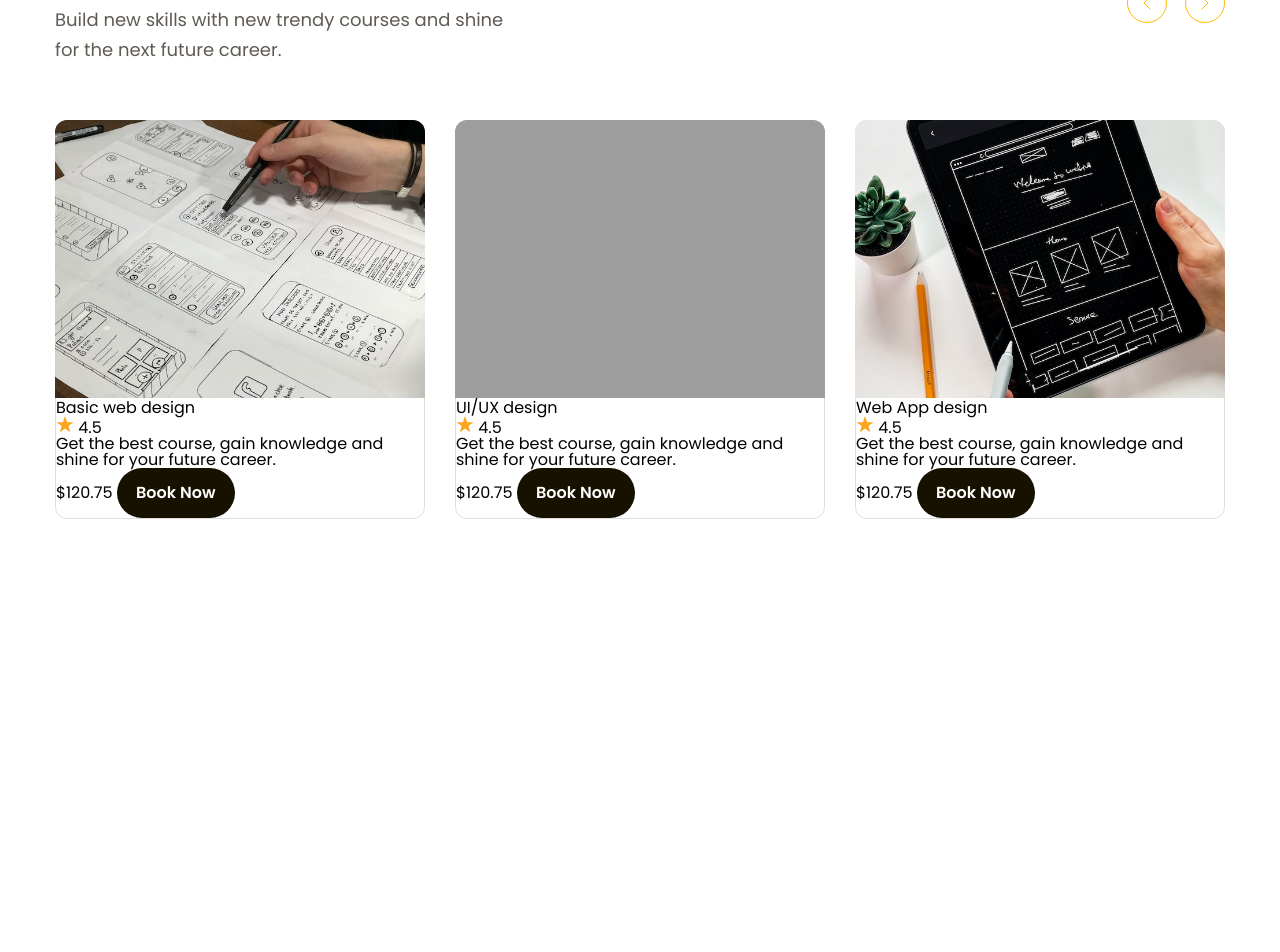
Repository: Tran-Dat/F8-Project-02
Page: index.html
An editor plug-in stored every save of this project. The page is shown before and after the next save, followed by the edit.
The browser window is 1280 px wide. The pictures show the part of the page from y = 1159 to 2111 px (the page is 3000 px tall).
Pictures or frames that could not be fetched are drawn as grey boxes. A picture or video elsewhere on the page could not be fetched, so the positions and the page height are approximate.

Above is the page before, as saved 2023-03-30 18:34:35.

### index.html
<!DOCTYPE html>
<html lang="en">
    <head>
        <meta charset="UTF-8" />
        <meta http-equiv="X-UA-Compatible" content="IE=edge" />
        <meta name="viewport" content="width=device-width, initial-scale=1.0" />
        <title>F8 Project 02</title>
        <!-- reset css -->
        <link rel="stylesheet" href="assets/css/reset.css" />

        <!-- Font gg -->
        <link rel="preconnect" href="https://fonts.googleapis.com" />
        <link rel="preconnect" href="https://fonts.gstatic.com" crossorigin />
        <link
            href="https://fonts.googleapis.com/css2?family=Poppins:ital,wght@0,400;0,500;0,600;0,700;1,400&family=Sen:wght@700&display=swap"
            rel="stylesheet"
        />

        <!-- styles css -->
        <link rel="stylesheet" href="assets/css/styles.css" />
    </head>
    <body>
        <main style="height: 3000px">
            <!-- Header -->
            <header class="header fixed">
                <div class="main-content">
                    <div class="body">
                        <!-- Logo -->
                        <img
                            src="./assets/img/Logo-Lesson.svg"
                            alt="Lesseon"
                            class="logo"
                        />

                        <!-- Nav -->
                        <nav class="nav">
                            <ul>
                                <li class="active">
                                    <a href="#!">Home</a>
                                </li>
                                <li>
                                    <a href="#!">Courses</a>
                                </li>
                                <li>
                                    <a href="#!">Pricing</a>
                                </li>
                                <li>
                                    <a href="#!">Reviews</a>
                                </li>
                            </ul>
                        </nav>

                        <!-- ACtion -->
                        <div class="action">
                            <a href="#!" class="btn sign-up-btn">sign up</a>
                        </div>
                    </div>
                </div>
            </header>

            <!-- Hero -->
            <div class="hero">
                <div class="main-content">
                    <div class="body">
                        <!-- hero left -->
                        <div class="media-block">
                            <img
                                src="./assets/img/Hero-img.jpg"
                                alt="Learn without limits and spread knowledge."
                                class="img"
                            />

                            <div class="hero-summary">
                                <!-- Item 1 -->
                                <div class="item">
                                    <div class="icon">
                                        <img
                                            src="./assets/icon/list.svg"
                                            alt=""
                                        />
                                    </div>
                                    <div class="info">
                                        <p class="lable">20 Courses</p>
                                        <p class="title">UI/UX Design</p>
                                    </div>
                                </div>

                                <!-- Item 2 -->
                                <div class="item">
                                    <div class="icon">
                                        <img
                                            src="./assets/icon/code.svg"
                                            alt=""
                                        />
                                    </div>
                                    <div class="info">
                                        <p class="lable">20 Courses</p>
                                        <p class="title">Development</p>
                                    </div>
                                </div>

                                <!-- Item 3 -->
                                <div class="item">
                                    <div class="icon">
                                        <img
                                            src="./assets/icon/speaker.svg"
                                            alt=""
                                        />
                                    </div>
                                    <div class="info">
                                        <p class="lable">30 Courses</p>
                                        <p class="title">Marketing</p>
                                    </div>
                                </div>
                            </div>
                        </div>

                        <!-- hero right -->
                        <div class="content-block">
                            <h1 class="heading lv1">
                                Learn without limits and spread knowledge.
                            </h1>
                            <p class="desc">
                                Build new skills for that “this is my year”
                                feeling with courses, certificates, and degrees
                                from world-class universities and companies.
                            </p>
                            <div class="cta-group">
                                <a href="" class="btn hero-cta">See Courses</a>
                                <button class="watch-video">
                                    <div class="icon">
                                        <img
                                            src="./assets/icon/play.svg"
                                            alt=""
                                        />
                                    </div>
                                    <span>Watch Video</span>
                                </button>
                            </div>
                            <p class="desc">Recent engagement</p>
                            <p class="desc stats">
                                <strong>50K</strong> Students
                                <strong>70+</strong> Courses
                            </p>
                        </div>
                    </div>
                </div>
            </div>

            <!-- Popular -->
            <div class="popular">
                <div class="main-content">
                    <!-- Popular-top -->
                    <div class="popular-top">
                        <div class="info">
                            <h2 class="heading lv2">Our popular courses</h2>
                            <p class="desc">
                                Build new skills with new trendy courses and
                                shine for the next future career.
                            </p>
                        </div>
                        <div class="controls">
                            <button class="control-btn">
                                <svg
                                    width="8"
                                    height="14"
                                    viewBox="0 0 8 14"
                                    fill="none"
                                    xmlns="http://www.w3.org/2000/svg"
                                >
                                    <path
                                        d="M7 1L1 7L7 13"
                                        stroke="currentColor"
                                        stroke-linecap="round"
                                        stroke-linejoin="round"
                                    />
                                </svg>
                            </button>
                            <button class="control-btn">
                                <svg
                                    width="8"
                                    height="14"
                                    viewBox="0 0 8 14"
                                    fill="none"
                                    xmlns="http://www.w3.org/2000/svg"
                                >
                                    <path
                                        d="M1 1L7 7L1 13"
                                        stroke="currentColor"
                                        stroke-linecap="round"
                                        stroke-linejoin="round"
                                    />
                                </svg>
                            </button>
                        </div>
                    </div>

                    <!-- Course-bottom -->
                    <div class="course-list">
                        <!-- course-item 1 -->
                        <div class="course-item">
                            <img
                                src="./assets/img/course-1.jpg"
                                alt="Basic web design"
                                class="thumb"
                            />
                            <div class="info">
                                <!-- head-info-course -->
                                <div class="head">
                                    <h3 class="title">Basic web design</h3>
                                    <div class="rating">
                                        <img
                                            src="./assets/icon/Star.svg"
                                            alt="star"
                                            class="star"
                                        />
                                        <span class="value">4.5</span>
                                    </div>
                                </div>

                                <!-- p-info-course -->
                                <p class="desc">
                                    Get the best course, gain knowledge and
                                    shine for your future career.
                                </p>

                                <!-- foot-info-course -->
                                <div class="foot">
                                    <span class="price">$120.75</span>
                                    <div class="btn">Book Now</div>
                                </div>
                            </div>
                        </div>

                        <!-- course-item 2 -->
                        <div class="course-item">
                            <img
                                src="./assets/img/course-2.jpg"
                                alt="UI/UX design"
                                class="thumb"
                            />
                            <div class="info">
                                <!-- head-info-course -->
                                <div class="head">
                                    <h3 class="title">UI/UX design</h3>
                                    <div class="rating">
                                        <img
                                            src="./assets/icon/Star.svg"
                                            alt="star"
                                            class="star"
                                        />
                                        <span class="value">4.5</span>
                                    </div>
                                </div>

                                <!-- p-info-course -->
                                <p class="desc">
                                    Get the best course, gain knowledge and
                                    shine for your future career.
                                </p>

                                <!-- foot-info-course -->
                                <div class="foot">
                                    <span class="price">$120.75</span>
                                    <div class="btn">Book Now</div>
                                </div>
                            </div>
                        </div>

                        <!-- course-item 3 -->
                        <div class="course-item">
                            <img
                                src="./assets/img/course-3.jpg"
                                alt="Web App design"
                                class="thumb"
                            />
                            <div class="info">
                                <!-- head-info-course -->
                                <div class="head">
                                    <h3 class="title">Web App design</h3>
                                    <div class="rating">
                                        <img
                                            src="./assets/icon/Star.svg"
                                            alt="star"
                                            class="star"
                                        />
                                        <span class="value">4.5</span>
                                    </div>
                                </div>

                                <!-- p-info-course -->
                                <p class="desc">
                                    Get the best course, gain knowledge and
                                    shine for your future career.
                                </p>

                                <!-- foot-info-course -->
                                <div class="foot">
                                    <span class="price">$120.75</span>
                                    <div class="btn">Book Now</div>
                                </div>
                            </div>
                        </div>
                    </div>
                </div>
            </div>
        </main>
    </body>
</html>

### assets/css/styles.css
* {
    box-sizing: border-box;
}

:root {
    --primary-color: #ffb900;
    --font-heading: Sen, sans-serif;
}

html {
    font-size: 62.5%;
}

body {
    font-size: 1.6rem;
    font-family: "Poppins", sans-serif;
}

/*=================================================================== Common ===================================================================*/
a {
    text-decoration: none;
}

.heading {
    font-weight: 700;
    font-size: 5.8rem;
    color: #171100;
    font-family: var(--font-heading);
}

.heading.lv1 {
    line-height: 1.17;
    letter-spacing: -0.02em;
}

.heading.lv2 {
    font-size: 3.8rem;
    line-height: 1.26;
}

.btn {
    display: inline-block;
    min-width: 118px;
    padding: 0 16px;
    line-height: 50px;
    font-weight: 600;
    font-size: 1.6rem;
    text-align: center;
    color: #ffffff;
    background: #171100;
    border-radius: 999px;
}

.btn:hover {
    opacity: 0.8;
}

.main-content {
    width: 1170px;
    max-width: calc(100% - 48px);
    margin-left: auto;
    margin-right: auto;
}

/*=================================================================== Header =================================================================== */

.header {
    background: #fffcf4;
}

.header.fixed {
    position: sticky;
    top: -28px;
    z-index: 10;
}

.header .body {
    display: flex;
    align-items: center;
    padding: 36px 0 8px;
}

.nav {
    margin-left: auto;
}

.nav ul {
    display: flex;
}

.nav a {
    position: relative;
    padding: 8px 21px;
    font-size: 1.6rem;
    color: #5f5b53;
}

.nav a:hover,
.nav li.active a {
    /* font-weight: 600; */
    text-shadow: 1px 0 0 currentColor;
    color: #171100;
}

.nav li.active a::after {
    position: absolute;
    left: 21px;
    bottom: 6px;
    display: block;
    content: "";
    width: 12px;
    height: 2px;
    background: #171100;
    border-radius: 1px;
}

.header .sign-up-btn {
    min-width: 144px;
}

.header .action {
    margin-left: 49px;
}

/*=================================================================== Hero =================================================================== */
.hero {
    padding: 56px 0 65px;
    background: #fffcf4;
}

.hero .body {
    display: flex;
}

/* ========= Hero-left========== */

.hero .media-block {
    width: 48%;
    position: relative;
}

.hero .media-block .img {
    width: 470px;
    height: 685px;
    object-fit: cover;
    border-radius: 20px;
    display: block;
}

.hero-summary {
    position: absolute;
    right: 0;
    bottom: 48px;
    padding: 24px 58px 24px 24px;
    background: #ffffff;
    box-shadow: 0px 16px 32px rgba(0, 0, 0, 0.05);
    border-radius: 12px;
}

.hero-summary .item {
    display: flex;
    align-items: center;
}

.hero-summary .item + .item {
    margin-top: 22px;
}

.hero-summary .icon {
    width: 48px;
    height: 48px;
    border-radius: 50%;
    display: flex;
    align-items: center;
    justify-content: center;
    background: #fff9e8;
}

.hero-summary .item:nth-of-type(2) .icon {
    background: #fcefff;
}

.hero-summary .item:nth-of-type(3) .icon {
    background: #ebeaff;
}

.hero-summary .info {
    margin-left: 16px;
}

.hero-summary .lable {
    font-size: 1.4rem;
    line-height: 1.86;
    color: #5f5b53;
}

.hero-summary .title {
    font-weight: 600;
    font-size: 1.8rem;
    line-height: 1.67;
    color: #171100;
}

/* ========= Hero-right========== */

.hero .content-block {
    width: 52%;
    padding: 64px 0 0 130px;
}

.hero .desc {
    margin-top: 22px;
    font-size: 1.8rem;
    line-height: 1.67;
    color: #5f5b53;
}

.hero .cta-group {
    display: flex;
    align-items: center;
    margin: 38px 0 48px;
}

.hero-cta {
    min-width: 180px;
    line-height: 64px;
    background-color: var(--primary-color);
}

.hero .watch-video {
    align-items: center;
    display: flex;
    margin-left: 28px;
    border: none;
    background: #fffcf4;
    cursor: pointer;
}

.hero .watch-video .icon {
    display: flex;
    align-items: center;
    justify-content: center;
    width: 40px;
    height: 40px;
    border-radius: 50%;
    background: #ffffff;
    box-shadow: 0px 8px 16px rgba(0, 0, 0, 0.07);
}

.hero .watch-video span {
    font-weight: 600;
    margin-left: 14px;
    font-size: 1.8rem;
    line-height: 1.67;
    color: #171100;
}

.hero .stats {
    margin: 8px 0 0 -28px;
}

.hero .stats strong {
    padding: 0 8px 0 28px;
    font-weight: 700;
    font-size: 4.4rem;
    line-height: 1.23;
    font-family: var(--font-heading);
    color: #171100;
}

/*=================================================================== Popular =================================================================== */

.popular {
    padding-top: 200px;
}

.popular-top {
    display: flex;
    justify-content: space-between;
    align-items: center;
}

.popular-top .desc {
    margin-top: 16px;
    width: 458px;
    font-size: 1.8rem;
    line-height: 1.67;
    color: #5f5b53;
}

.popular-top .controls {
    display: flex;
    gap: 18px;
}

.popular-top .control-btn {
    display: flex;
    align-items: center;
    justify-content: center;
    width: 40px;
    height: 40px;
    color: var(--primary-color);
    border: 1px solid var(--primary-color);
    border-radius: 50%;
    background: transparent;
}

.popular-top .control-btn:hover {
    color: #fff;
    background-color: var(--primary-color);
    border: 1px solid var(--primary-color);
    cursor: pointer;
}

/* ========= course-list ========= */

.popular .course-list {
    margin-top: 55px;
    gap: 30px;
    display: flex;
}

.popular .course-item {
    flex: 1;
    background: #fff;
    border: 1px solid #e2dfda;
    border-radius: 12px;
}

.popular .course-item .thumb {
    margin: -1px;
    width: calc(100% + 2px);
    height: 278px;
    object-fit: cover;
    border-radius: 12px 12px 0px 0px;
}

Loaded but not shown: assets/css/reset.css (common file)

After the next save:
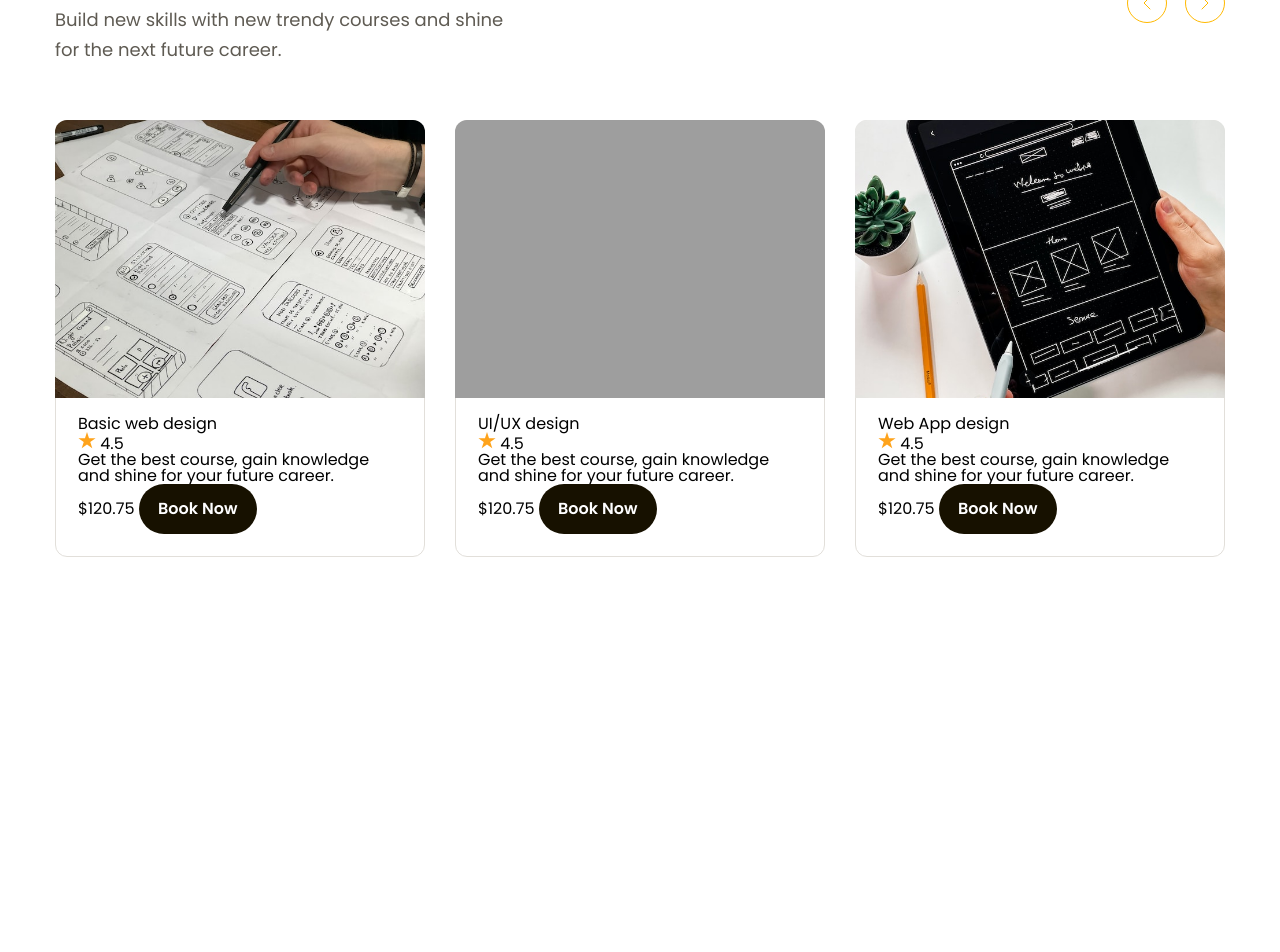
Saved 81 s later.
--- a/assets/css/styles.css
+++ b/assets/css/styles.css
@@ -334,3 +334,7 @@ a {
     object-fit: cover;
     border-radius: 12px 12px 0px 0px;
 }
+
+.popular .course-item .info {
+    padding: 16px 22px 22px;
+}
